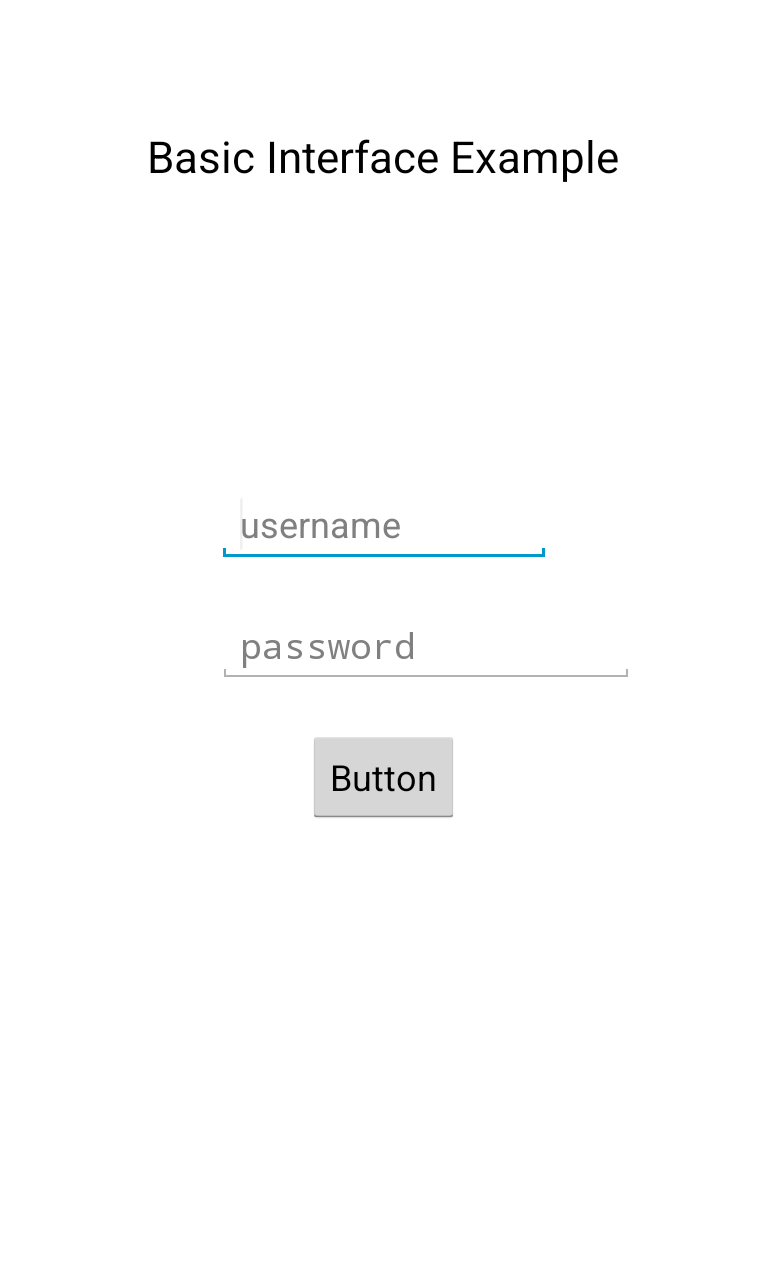
Repository: maya-alba/BasicInterface
Layout: BasicUserInterface/res/layout/activity_main.xml
An editor plug-in stored every save of this project. The layout is shown before and after the next save, followed by the edit.
It is drawn on a 768 x 1280 px phone screen (xhdpi) without system bars, with theme AppTheme; the app's code is not run.

Above is the layout before, as saved 2014-03-10 03:15:18.

After the next save:
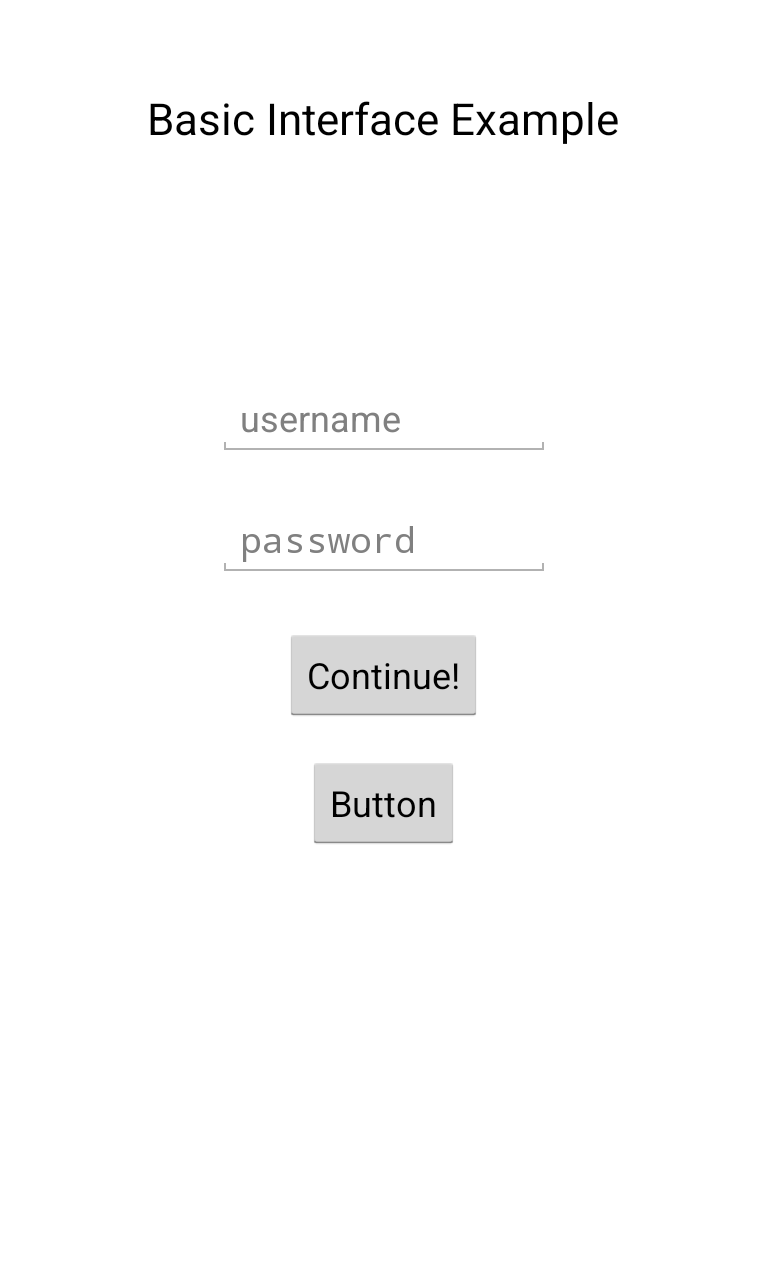
Saved 98 s later.
--- a/BasicUserInterface/res/layout/activity_main.xml
+++ b/BasicUserInterface/res/layout/activity_main.xml
@@ -8,15 +8,36 @@
     android:paddingTop="@dimen/activity_vertical_margin"
     tools:context=".MainActivity" >
 
+    <EditText
+        android:id="@+id/editText2"
+        android:layout_width="wrap_content"
+        android:layout_height="wrap_content"
+        android:layout_alignLeft="@+id/editText1"
+        android:layout_below="@+id/editText1"
+        android:layout_marginTop="21dp"
+        android:ems="8"
+        android:inputType="textPassword"
+         android:maxLength="15"
+        android:hint="password" />
+
     <TextView
         android:id="@+id/textView1"
         android:layout_width="wrap_content"
         android:layout_height="wrap_content"
         android:layout_alignParentTop="true"
         android:layout_centerHorizontal="true"
-        android:layout_marginTop="47dp"
+        android:layout_marginTop="28dp"
         android:text="Basic Interface Example"
         android:textAppearance="?android:attr/textAppearanceLarge" />
+
+    <Button
+        android:id="@+id/button1"
+        android:layout_width="wrap_content"
+        android:layout_height="wrap_content"
+        android:layout_below="@+id/editText2"
+        android:layout_centerHorizontal="true"
+        android:layout_marginTop="24dp"
+        android:text="Continue!" />
 
     <EditText
         android:id="@+id/editText1"
@@ -24,33 +45,18 @@
         android:layout_height="wrap_content"
         android:layout_below="@+id/textView1"
         android:layout_centerHorizontal="true"
-        android:layout_marginTop="150dp"
+        android:layout_marginTop="116dp"
         android:ems="8"
-        android:maxLength="15"
-        android:hint="username" >
+        android:hint="username"
+        android:maxLength="15" />
 
-        <requestFocus />
-    </EditText>
-
-    <EditText
-        android:id="@+id/editText2"
+    <Button
+        android:id="@+id/button2"
         android:layout_width="wrap_content"
         android:layout_height="wrap_content"
-        android:layout_alignLeft="@+id/editText1"
-        android:layout_below="@+id/editText1"
-        android:layout_marginTop="21dp"
-        android:ems="10"
-        android:inputType="textPassword"
-         android:maxLength="15"
-        android:hint="password" />
-
-    <Button
-        android:id="@+id/button1"
-        android:layout_width="wrap_content"
-        android:layout_height="wrap_content"
-        android:layout_below="@+id/editText2"
+        android:layout_below="@+id/button1"
         android:layout_centerHorizontal="true"
-        android:layout_marginTop="22dp"
+        android:layout_marginTop="16dp"
         android:text="Button" />
 
 </RelativeLayout>
